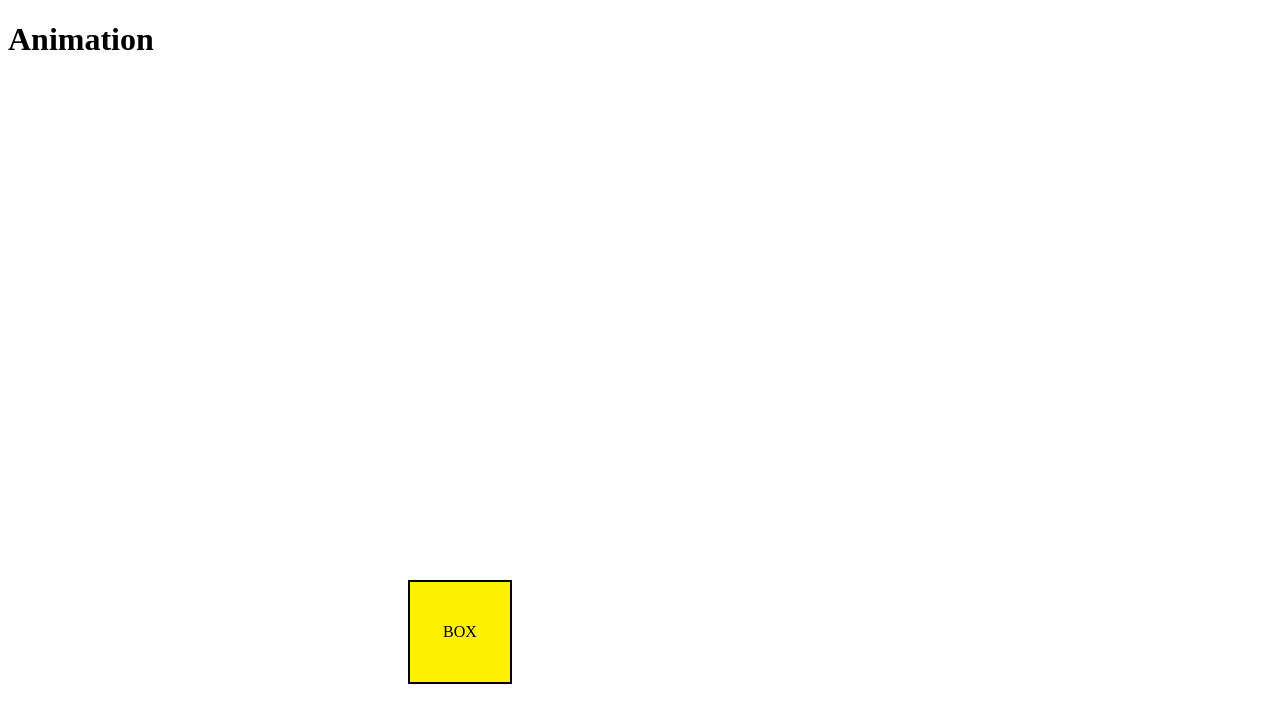
Repository: ggandory/interactiveweb
Page: Interactive_section1-transform/04-animation.html
The author's editor kept a copy of each file at every save. The page is drawn from the files as they stood at one save, then again after the next save.
The browser window is 1280 px wide. The pictures show the whole page.

Above is the page before, as saved 2024-10-07 14:14:16.

### Interactive_section1-transform/04-animation.html
<!DOCTYPE html>
<html>

<head>
    <meta charset="UTF-8">
    <meta name="viewport" content="width=device-width, initial-scale=1.0">
    <meta http-equiv="X-UA-Compatible" content="ie=edge">
    <title>Interactive Web</title>
    <style>
        @keyframes sample-ani {
            0% {
                transform: translate(0, 0);
            }

            50% {
                background: red;
                transform: translate(300px, 0);
            }

            100% {
                transform: translate(400px, 500px);
            }
        }

        .box {
            display: flex;
            align-items: center;
            justify-content: center;
            width: 100px;
            height: 100px;
            border: 2px solid #000;
            background: #fff000;
            animation: sample-ani 3s linear forwards alternate;
        }

        .box:hover {
            animation-play-state: paused;
        }
    </style>
</head>

<body>
    <h1>Animation</h1>
    <div class="box">BOX</div>
</body>

</html>

After the next save:
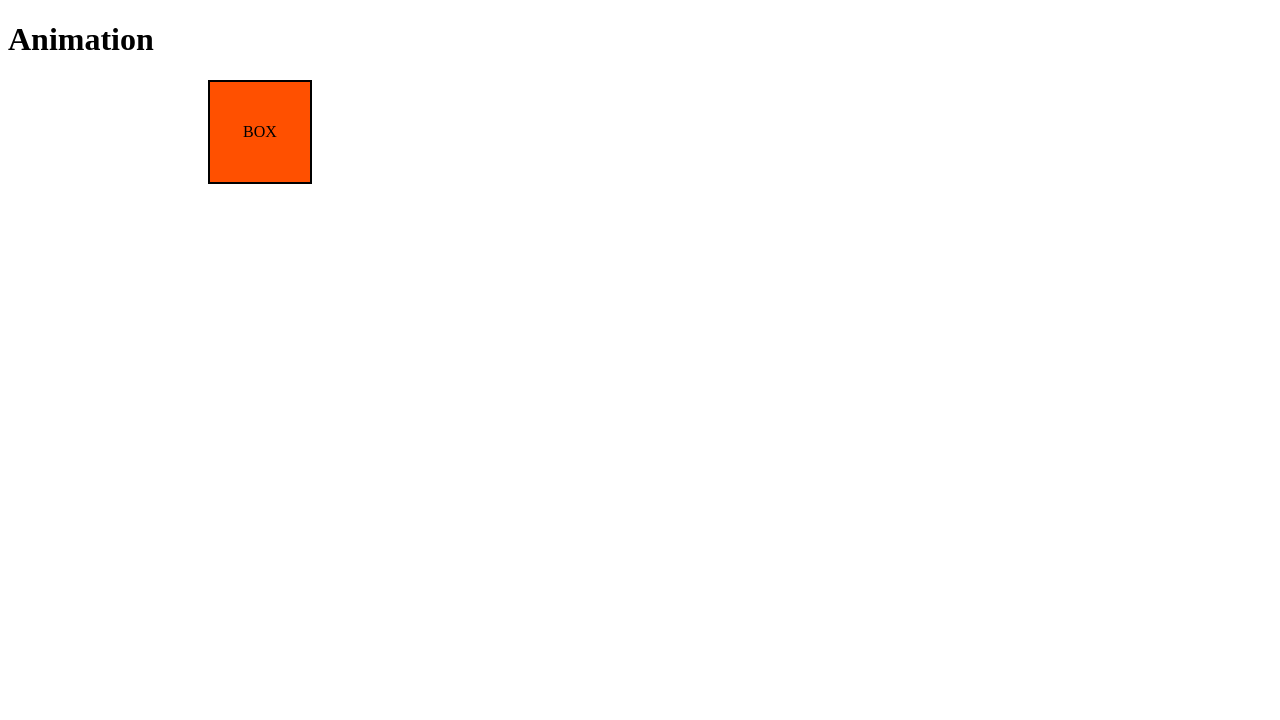
Saved 14 s later.
--- a/Interactive_section1-transform/04-animation.html
+++ b/Interactive_section1-transform/04-animation.html
@@ -30,7 +30,7 @@
             height: 100px;
             border: 2px solid #000;
             background: #fff000;
-            animation: sample-ani 3s linear forwards alternate;
+            animation: sample-ani 3s linear infinite alternate;
         }
 
         .box:hover {
